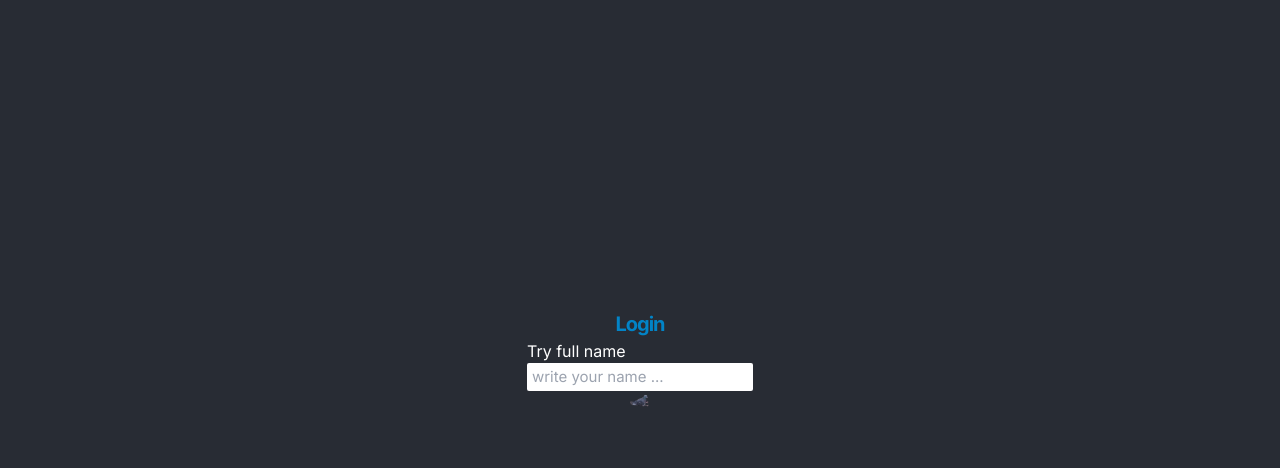
Repository: devsecops-node/simple-play
Page: /
An editor plug-in stored every save of this project. The page is shown before and after the next save, followed by the edit.
The browser window is 1280 px wide. The pictures show the whole page.
The project was rebuilt for these pictures with package versions that can differ from the ones it lists, and the page was loaded fresh each time. The framework's server and built-in components were replaced by stand-ins that run in the browser. Also part of the build but not shown: next.config.mjs, src/app/_components/RecomendationsSearch.tsx.

Above is the page before, as saved 2024-06-21 21:20:22.

### src/app/(main)/page.tsx

import Container from "../_components/Container";
import FormsName from "../_components/FormsName";
import Image from 'next/image'

export default function Home() {
  return (
    <Container>
      <h1 className="text-[20px] text-sky-600 font-bold tracking-tighter">Login</h1>
      <FormsName />
      <Image src="/paloma.webp" alt="Cargando" width={20} height={20} />
    </Container>
  );
}

### src/app/globals.css
@tailwind base;
@tailwind components;
@tailwind utilities;

:root {
  --foreground-rgb: 0, 0, 0;
  --background-start-rgb: 214, 219, 220;
  --background-end-rgb: 255, 255, 255;
}

@media (prefers-color-scheme: dark) {
  :root {
    --foreground-rgb: 255, 255, 255;
    --background-start-rgb: 0, 0, 0;
    --background-end-rgb: 0, 0, 0;
  }
}

body {
  color: rgb(var(--foreground-rgb));
  background: linear-gradient(to bottom,
      transparent,
      rgb(var(--background-end-rgb))) rgb(var(--background-start-rgb));
}

@layer utilities {
  .text-balance {
    text-wrap: balance;
  }
}

input {
  color: black;
  padding: 3px 5px;
  border-radius: 0.125rem;
  -webkit-border-radius: 0.125rem;
  -moz-border-radius: 0.125rem;
  -ms-border-radius: 0.125rem;
  -o-border-radius: 0.125rem;
  font-size: 15px;
  border: none;
}

input[type=text]:focus {
  outline: 2px solid #0284c7;
}
/* Resource for Card */

### src/app/_components/Container.tsx
import React from 'react'

const Container = ({ children }: { children: React.ReactNode }) => {
  return (
    <div className='bg-[#282c34] h-screen text-white flex flex-col items-center justify-center'>
      {children}
    </div>
  )
}

export default Container

### src/app/_components/FormsName.tsx
"use client"
import React, { useState } from 'react'
import RecomendationsSearch from './RecomendationsSearch'

const FormsName = () => {
  const [name, setName] = useState('')
  const [statusSearch, setStatusSearch] = useState(false)

  const retrieveData = (data: { id: string, rec: string }) => {
    console.log(data)
    setStatusSearch(false)
  }

  return (
    <form action="/" className="">
      <section className="flex flex-col">
        <label htmlFor="name" hidden={statusSearch} >Try full name</label>
        <input
          type="text"
          hidden={statusSearch}
          onClick={() => setStatusSearch(true)}
          value={name} onChange={(e) => setName(e.target.value)}
          placeholder="write your name ..." id="name" />
      </section>
      {statusSearch ? (<RecomendationsSearch retrieveData={retrieveData} />) : <></>}
    </form>
  )
}

export default FormsName

Loaded but not shown: src/app/layout.tsx (common file); tailwind.config.ts (common file)

After the next save:
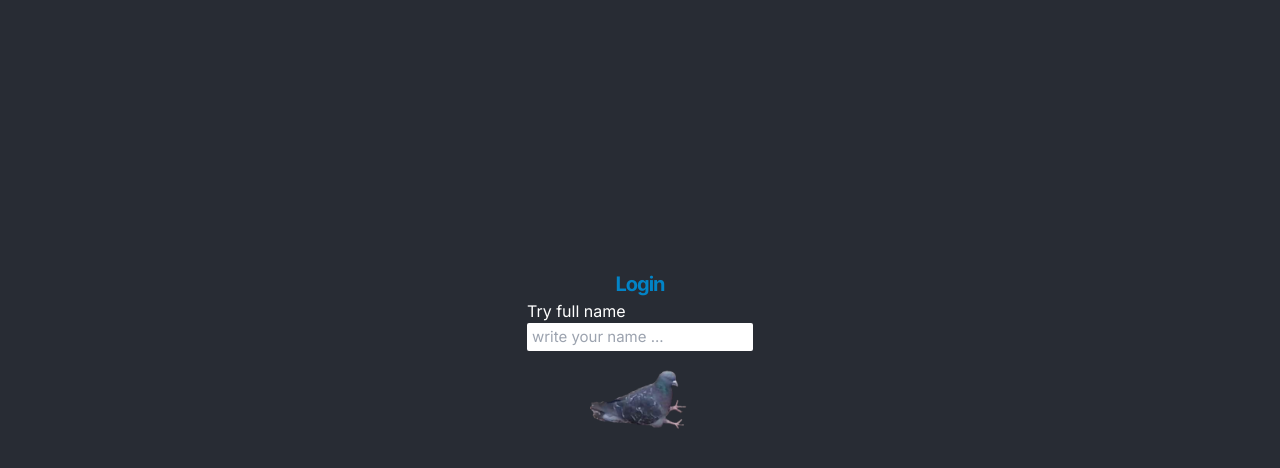
Saved 9 s later.
--- a/src/app/(main)/page.tsx
+++ b/src/app/(main)/page.tsx
@@ -8,7 +8,7 @@ export default function Home() {
     <Container>
       <h1 className="text-[20px] text-sky-600 font-bold tracking-tighter">Login</h1>
       <FormsName />
-      <Image src="/paloma.webp" alt="Cargando" width={20} height={20} />
+      <Image src="/paloma.webp" alt="Cargando" width={100} height={100} />
     </Container>
   );
 }
